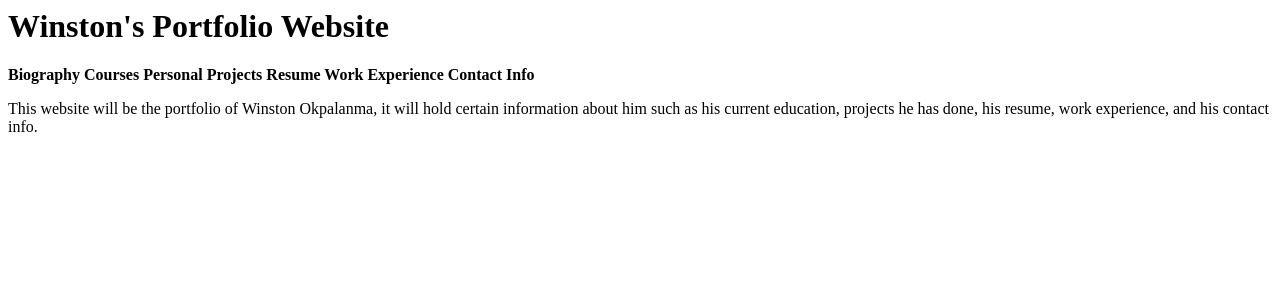
Repository: wokpalanma2020/portfolio
Page: index.html
The author's editor kept a record of every edit. The page is drawn from the files as they stood at one moment, then again after the next edit.
The browser window is 1280 px wide. The pictures show the whole page.

Above is the page before.

After the next edit:
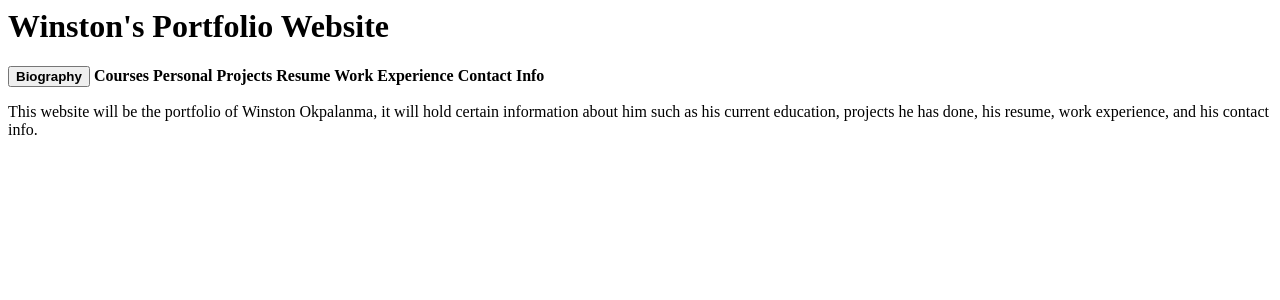
The edit:
--- a/index.html
+++ b/index.html
@@ -8,7 +8,9 @@
 
     <u1>
       <l1>
-        <b>Biography </b>
+        <button>
+          <b>Biography </b>
+        </button>
       </l1>
 
       <l1>
